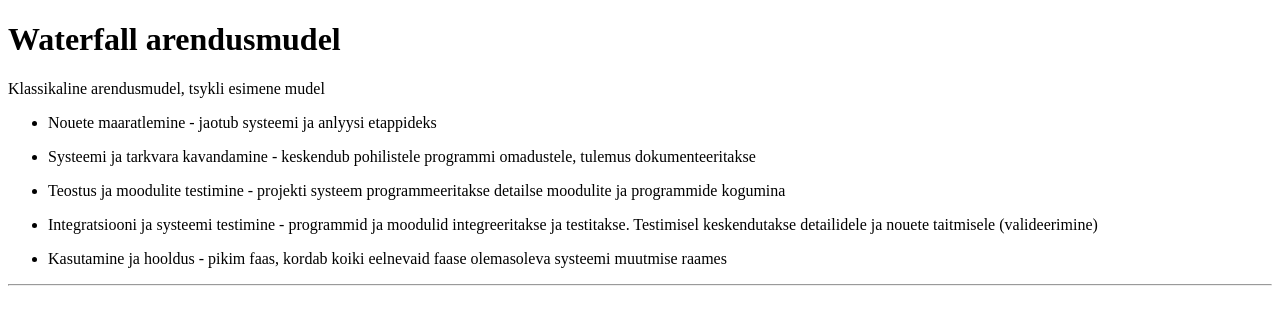
Repository: annemariv/Targe24
Page: elutsykkel/waterfall.html
These files come from the project's save history. The page is drawn as it stood at one moment and after a run of saves; the edit follows.
The browser window is 1280 px wide. The pictures show the whole page.

Above is the page before, as saved 2024-11-06 18:49:17.

After the next 4 saves:
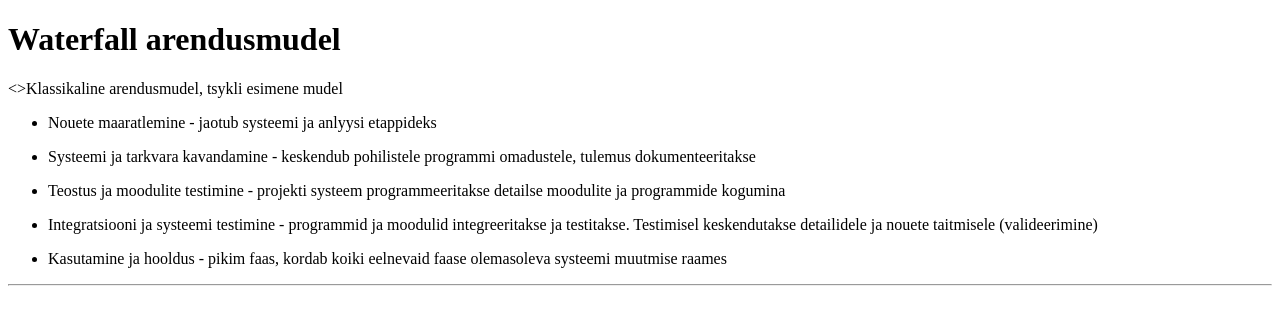
The 4 saves are shown as one change because they came seconds apart.
The last was saved 109 s later.
--- a/elutsykkel/waterfall.html
+++ b/elutsykkel/waterfall.html
@@ -14,7 +14,8 @@
         <!--tabel, mis loetleb head ja vead ()-->
     </p>
     <h1>Waterfall arendusmudel</h1>
-    <p>Klassikaline arendusmudel, tsykli esimene mudel</p>
+    <h2></h2>
+    <>Klassikaline arendusmudel, tsykli esimene mudel</>
     <ul>
         <li>
             <p>Nouete maaratlemine - jaotub systeemi ja anlyysi etappideks</p>
